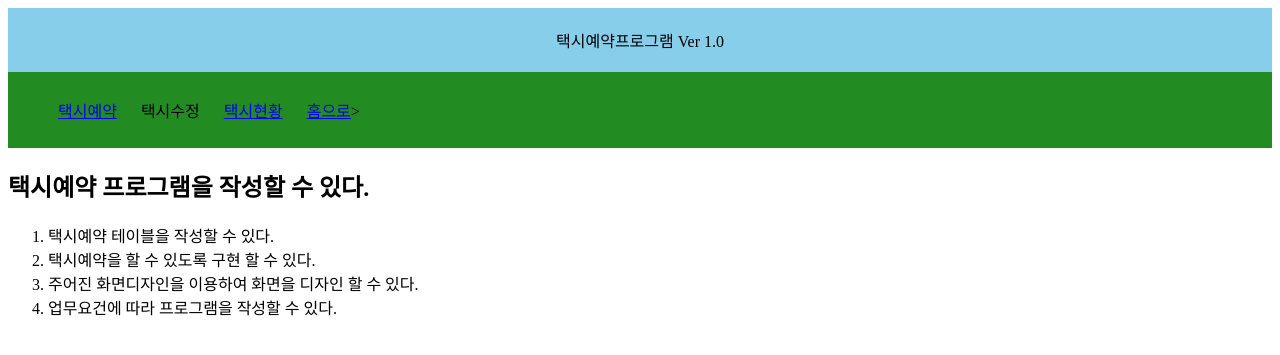
Repository: khs220507/WebClass
Page: http://localhost/prj0829_taxi_practice/
The author's editor kept a copy of each file at every save. The page is drawn from the files as they stood at one save, then again after the next save.
The browser window is 1280 px wide. The pictures show the whole page.
The page is served by Tomcat 9.

Above is the page before, as saved 2023-08-29 04:56:00.

### prj0829_taxi_practice/src/main/webapp/index.jsp
<%@ page language="java" contentType="text/html; charset=UTF-8"
    pageEncoding="UTF-8"%>
<!DOCTYPE html>
<html>
<head>
<meta charset="UTF-8">
<title>Insert title here</title>
<link href="./css/index.css" rel="stylesheet"/>
</head>
<body>

<header>
택시예약프로그램 Ver 1.0
</header>

<nav>
<ul>
<li><a href="register_taxi.html">택시예약</a></li>
<li>택시수정</li>
<li><a href="list.jsp">택시현황</a></li>
<li><a href="index.jsp">홈으로</a>></li>
</ul>
</nav>

<section>
<h2>택시예약 프로그램을 작성할 수 있다.</h2>
<ol>
<li>택시예약 테이블을 작성할 수 있다.</li>
<li>택시예약을 할 수 있도록 구현 할 수 있다.</li>
<li>주어진 화면디자인을 이용하여 화면을 디자인 할 수 있다.</li>
<li>업무요건에 따라 프로그램을 작성할 수 있다.</li>
</ol>
</section>

<footer>
</footer>

</body>
</html>

### prj0829_taxi_practice/src/main/webapp/css/index.css
@charset "UTF-8";

header{
	padding : 20px;
	background-color: skyblue;
	text-align: center;
}


nav{
	padding: 10px;
	background-color: forestgreen;
}
ul{
	list-style: none;
}
ul >li{
	display: inline-block;
	padding-right :20px;
}

After the next save:
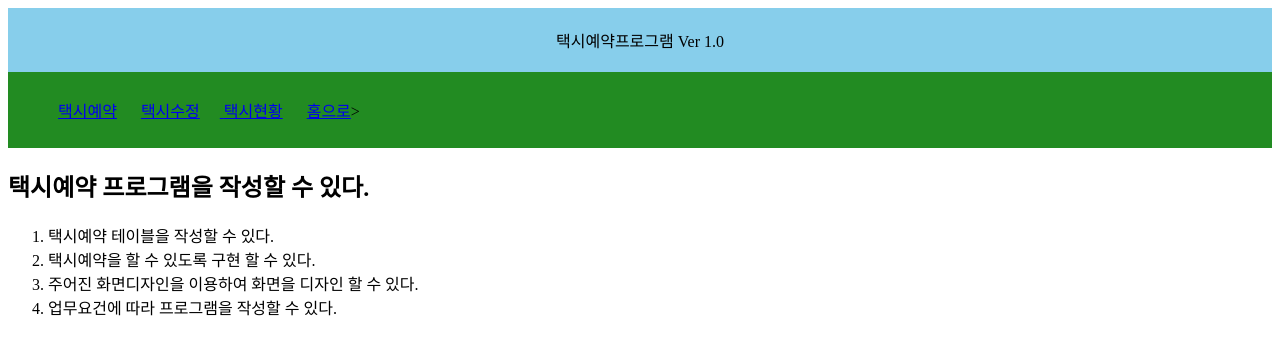
Saved 39 s later.
--- a/prj0829_taxi_practice/src/main/webapp/index.jsp
+++ b/prj0829_taxi_practice/src/main/webapp/index.jsp
@@ -16,7 +16,7 @@
 <nav>
 <ul>
 <li><a href="register_taxi.html">택시예약</a></li>
-<li>택시수정</li>
+<li><a href="updateForm.jsp">택시수정</li>
 <li><a href="list.jsp">택시현황</a></li>
 <li><a href="index.jsp">홈으로</a>></li>
 </ul>
